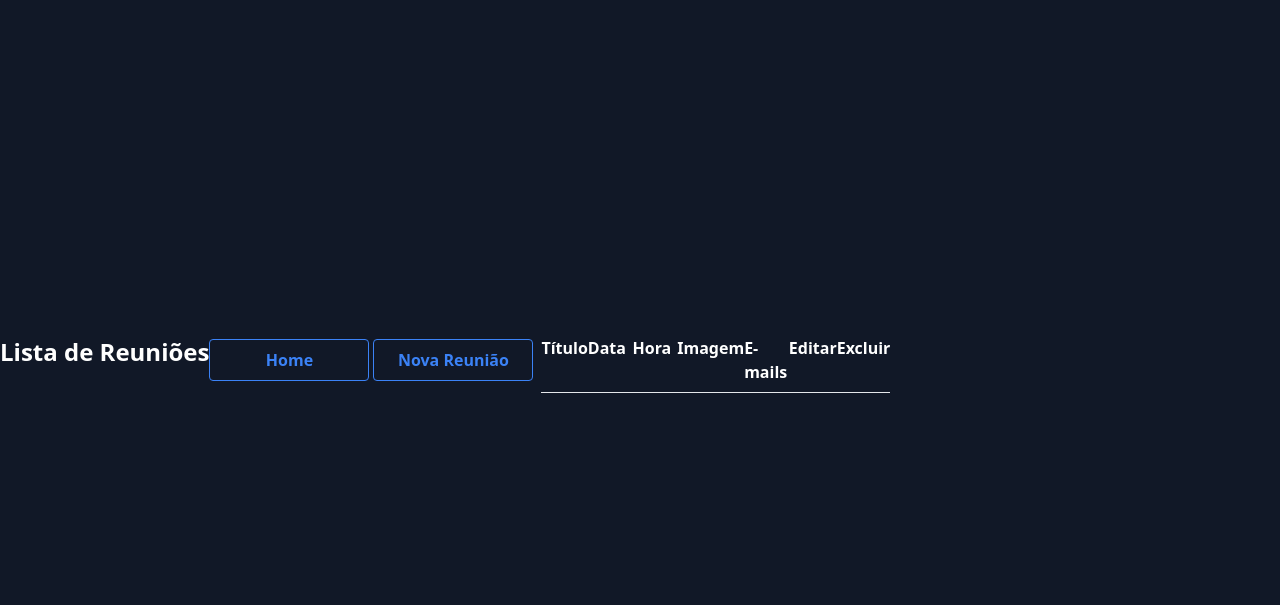
Repository: TamiBeira/meeting
Page: /meetings
An editor plug-in stored every save of this project. The page is shown before and after the next save, followed by the edit.
The browser window is 1280 px wide. The pictures show the whole page.
The project was rebuilt for these pictures with package versions that can differ from the ones it lists, and the page was loaded fresh each time. Also part of the build but not shown: vite.config.ts, src/contexts/FormContext.tsx, src/components/Form.tsx, src/components/HomePage.tsx.

Above is the page before, as saved 2024-02-27 00:40:26.

### index.html
<!doctype html>
<html lang="pt">
  <head>
    <meta charset="UTF-8" />
    <meta name="viewport" content="width=device-width, initial-scale=1.0" />
    <title>Meeting</title>
  </head>
  <body>
    <div id="root"></div>
    <script type="module" src="/src/main.tsx"></script>
  </body>
</html>

### src/app.tsx
import { BrowserRouter as Router, Routes, Route } from 'react-router-dom';
import { FormProvider } from './contexts/FormContext';
import { MeetingsProvider } from './contexts/MeetingsContext';
import { Form } from './components/Form';
import { MeetingsView } from './components/MeetingsView';
import { HomePage } from './components/HomePage';

export const App = () => {
  return (
    <Router>
      <Routes>
        <Route path="/" element={<HomePage />} />
        <Route path="/form" element={<FormProvider><Form /></FormProvider>} />
        <Route path="/meetings" element={<MeetingsProvider><MeetingsView /></MeetingsProvider>} />
      </Routes>
    </Router>
  );
};

### src/contexts/MeetingsContext.tsx
import React, { createContext, useState, useEffect, useContext } from 'react';
import { toast } from 'react-toastify';

export interface Meeting {
  title: string;
  data: string;
  hora: string;
  imagem?: string;
  imagemPath?: string;
  emails: string[];
}

interface MeetingsContextType {
  meetings: Meeting[];
  editableIndex: number | null;
  editedMeeting: Meeting;
  handleEdit: (index: number) => void;
  handleSave: () => void;
  handleDelete: (index: number) => void;
  handleInputChange: (event: React.ChangeEvent<HTMLInputElement>, key: string) => void;
}

interface MeetingContextProviderProps {
  children: React.ReactNode;
}

const MeetingsContext = createContext<MeetingsContextType | undefined>(undefined);

export const useMeetingsContext = () => {
  const context = useContext(MeetingsContext);
  if (!context) {
    throw new Error('useMeetingsContext must be used within a MeetingsProvider');
  }
  return context;
};

export const MeetingsProvider: React.FC<MeetingContextProviderProps> = ({ children }) => {
  const [meetings, setMeetings] = useState<Meeting[]>([]);
  const [editableIndex, setEditableIndex] = useState<number | null>(null);
  const [editedMeeting, setEditedMeeting] = useState<Meeting>({
    title: '',
    data: '',
    hora: '',
    emails: [],
  });

  useEffect(() => {
    const storedMeetings = localStorage.getItem('meetingData');
    if (storedMeetings) {
      setMeetings(JSON.parse(storedMeetings));
    }
  }, []);

  const handleEdit = (index: number) => {
    setEditableIndex(index);
    setEditedMeeting(meetings[index]);
  };

  const handleSave = () => {
    if (editableIndex === null) return;

    const updatedMeetings = [...meetings];
    updatedMeetings[editableIndex] = editedMeeting;
    setMeetings(updatedMeetings);
    localStorage.setItem('meetingData', JSON.stringify(updatedMeetings));
    setEditableIndex(null);
    setEditedMeeting({
      title: '',
      data: '',
      hora: '',
      emails: [],
    });
    toast.success('Reunião salva com sucesso!');
  };

  const handleDelete = (index: number) => {
    const confirmDelete = window.confirm('Tem certeza que deseja excluir esta reunião?');
    if (confirmDelete) {
      const updatedMeetings = [...meetings];
      updatedMeetings.splice(index, 1);
      setMeetings(updatedMeetings);
      localStorage.setItem('meetingData', JSON.stringify(updatedMeetings));
      toast.success('Reunião excluída com sucesso!');
    }
  };

  const handleInputChange = (event: React.ChangeEvent<HTMLInputElement>, key: string) => {
    setEditedMeeting({ ...editedMeeting, [key]: event.target.value });
  };

  const contextValue: MeetingsContextType = {
    meetings,
    editableIndex,
    editedMeeting,
    handleEdit,
    handleSave,
    handleDelete,
    handleInputChange,
  };

  return (
    <MeetingsContext.Provider value={contextValue}>
      {children}
    </MeetingsContext.Provider>
  );
};

### src/components/MeetingsView.tsx
import React from 'react';
import { Link } from 'react-router-dom';
import { ToastContainer } from 'react-toastify';
import { FaEdit, FaTrash } from 'react-icons/fa';
import { useMeetingsContext } from '../contexts/MeetingsContext';

export const MeetingsView: React.FC = () => {
  const {
    meetings,
    editableIndex,
    editedMeeting,
    handleEdit,
    handleSave,
    handleDelete,
    handleInputChange,
  } = useMeetingsContext();

  const handleImageChange = (e: React.ChangeEvent<HTMLInputElement>) => {
    const file = e.target.files && e.target.files[0];
    if (file) {
      const reader = new FileReader();
      reader.onloadend = () => {
        const imageDataUrl = reader.result as string;
        handleInputChange({ target: { value: imageDataUrl } } as React.ChangeEvent<HTMLInputElement>, 'imagem');
      };
      reader.readAsDataURL(file);
    }
  };

  return (
    <div className="flex flex-wrap items-center bg-gray-900 w-full h-screen">
      <h2 className="text-2xl text-white font-bold mb-4">Lista de Reuniões</h2>
      <div className="mt-4 mb-4">
        <Link to="/" className="w-40 mr-1 inline-block text-center border border-solid border-blue-500 text-blue-500 font-bold px-4 py-2 rounded">Home</Link>
        <Link to="/form" className="w-40 inline-block text-center border border-solid border-blue-500 text-blue-500 font-bold mr-2 px-4 py-2 rounded">Nova Reunião</Link>
      </div>
      <ul>
        <li className="border-b border-gray-200 py-2 flex sm:flex-row font-semibold max-w-5xl">
          <div className="w-1/5 text-white">Título</div>
          <div className="w-1/5 text-white">Data</div>
          <div className="w-1/5 text-white">Hora</div>
          <div className="w-1/5 text-white">Imagem</div>
          <div className="w-1/5 text-white">E-mails</div>
          <div className="w-1/5 text-white text-center">Editar</div>
          <div className="w-1/5 text-white text-center">Excluir</div>
        </li>
        {meetings.map((meeting, index) => (
          <li key={index} className="max-w-5xl border-b border-gray-200 py-4 flex flex-col sm:flex-row justify-center items-center">
            {editableIndex === index ? (
              <>
                <input
                  type="text"
                  value={editedMeeting.title}
                  onChange={(e) => handleInputChange(e, 'title')}
                  className="mb-2 sm:mb-0 mr-4 px-4 py-2 border rounded-md shadow-sm focus:outline-none focus:ring-blue-500 focus:border-blue-500 max-w-28"
                  placeholder="Título"
                />
                <input
                  type="date"
                  value={editedMeeting.data}
                  onChange={(e) => handleInputChange(e, 'data')}
                  className="mb-2 sm:mb-0 mr-4 px-4 py-2 border rounded-md shadow-sm focus:outline-none focus:ring-blue-500 focus:border-blue-500"
                />
                <input
                  type="time"
                  value={editedMeeting.hora}
                  onChange={(e) => handleInputChange(e, 'hora')}
                  className="mb-2 sm:mb-0 mr-4 px-4 py-2 border rounded-md shadow-sm focus:outline-none focus:ring-blue-500 focus:border-blue-500"
                />
                <div className="flex items-center w-1/5">
                  <input
                    type="file"
                    accept="image/*"
                    onChange={handleImageChange}
                    className="hidden"
                    id="input-image"
                  />
                  <label htmlFor="input-image" className="cursor-pointer mr-2 underline text-blue-500">Escolher outra imagem</label>
                  {editedMeeting.imagem && (
                    <img src={editedMeeting.imagem} alt="Imagem da reunião" className="max-w-xs h-12" />
                  )}
                </div>
                <input
                  type="text"
                  value={editedMeeting.emails.join(', ')}
                  onChange={(e) => handleInputChange(e, 'emails')}
                  className="mb-2 sm:mb-0 mr-4 px-4 py-2 border rounded-md shadow-sm focus:outline-none focus:ring-blue-500 focus:border-blue-500 w-64"
                  placeholder="E-mails"
                />
                <div>
                  <button
                    onClick={handleSave}
                    className="bg-green-500 hover:bg-green-700 text-white font-bold py-2 px-4 mr-2 rounded"
                  >
                    Salvar
                  </button>
                </div>
              </>
            ) : (
              <>
                <div className="w-1/5 text-white">{meeting.title}</div>
                <div className="w-1/5 text-white">{meeting.data}</div>
                <div className="w-1/5 text-white">{meeting.hora}</div>
                <div className="w-1/5 text-white">
                  <img src={meeting.imagem} alt="Imagem da reunião" width={50} height={50}/>
                </div>
                <div className="w-1/5 text-white">{Array.isArray(meeting.emails) ? meeting.emails.join(', ') : ''}</div>
                <div className="w-1/5 text-center text-white">
                  <button
                    onClick={() => handleEdit(index)}
                    className="text-blue-500 font-bold"
                  >
                    <FaEdit className="inline-block mr-1" />
                  </button>
                </div>
                <div className='w-1/5 justify-center text-center'>
                  <button
                    onClick={() => handleDelete(index)}
                    className="text-red-500 font-bold"
                  >
                    <FaTrash className="inline-block mr-1" />
                  </button>
                </div>
              </>
            )}
          </li>
        ))}
      </ul>
      <ToastContainer />
    </div>
  );
};

### tailwind.config.js
/** @type {import('tailwindcss').Config} */
export default {
  content: [
    "./index.html",
    "./src/**/*.tsx",
  ],
  theme: {
    extend: {},
  },
  plugins: [],
}

Loaded but not shown: src/main.tsx (common file); src/index.css (common file)

After the next save:
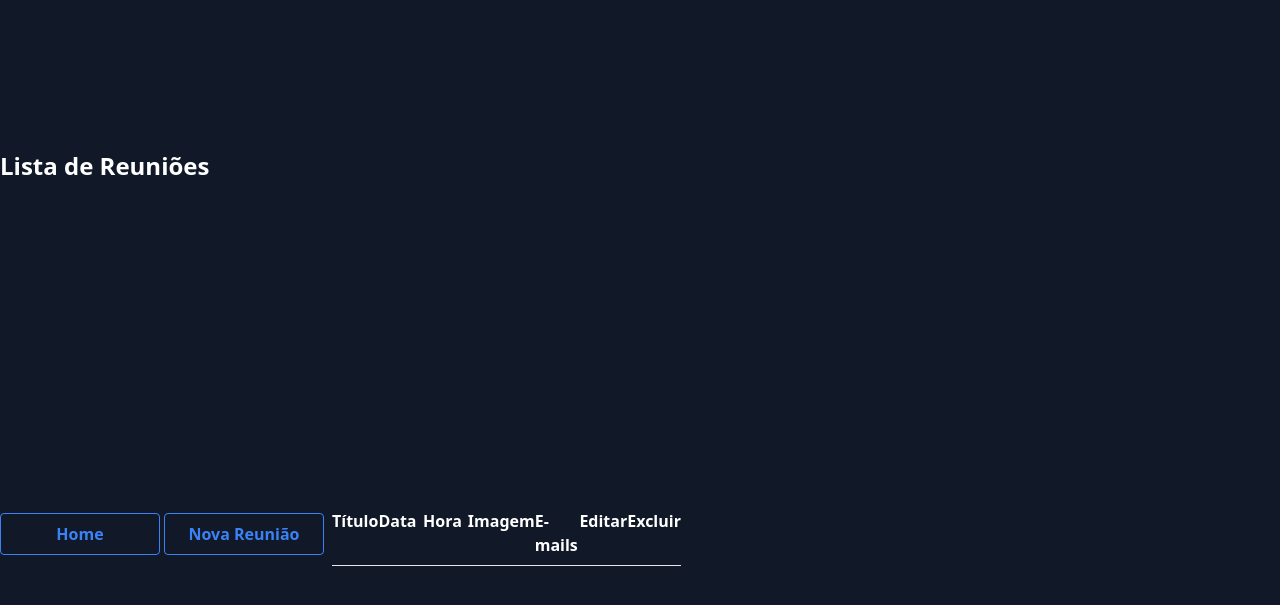
Saved 16 s later.
--- a/src/components/MeetingsView.tsx
+++ b/src/components/MeetingsView.tsx
@@ -29,7 +29,7 @@ export const MeetingsView: React.FC = () => {
 
   return (
     <div className="flex flex-wrap items-center bg-gray-900 w-full h-screen">
-      <h2 className="text-2xl text-white font-bold mb-4">Lista de Reuniões</h2>
+      <h2 className="text-2xl text-white font-bold mb-4 w-full">Lista de Reuniões</h2>
       <div className="mt-4 mb-4">
         <Link to="/" className="w-40 mr-1 inline-block text-center border border-solid border-blue-500 text-blue-500 font-bold px-4 py-2 rounded">Home</Link>
         <Link to="/form" className="w-40 inline-block text-center border border-solid border-blue-500 text-blue-500 font-bold mr-2 px-4 py-2 rounded">Nova Reunião</Link>
